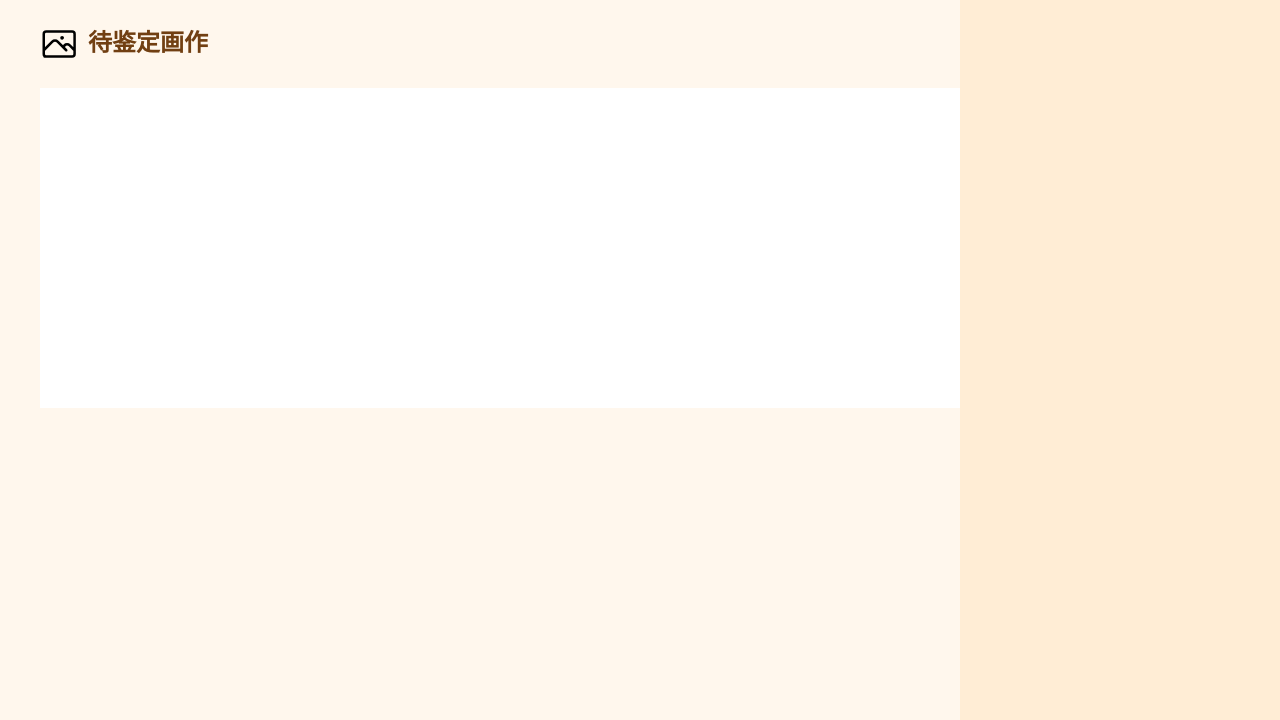
Repository: gaosth/Eyesee
Page: /dtail
These files come from the project's save history. The page is drawn as it stood at one moment and after the next save; the edit follows.
The browser window is 1280 px wide. The pictures show the whole page.
The project was rebuilt for these pictures with package versions that can differ from the ones it lists, and the page was loaded fresh each time. Also part of the build but not shown: vite.config.js, src/components/WelcomeItem.vue, src/components/icons/IconDocumentation.vue, src/components/icons/IconTooling.vue, src/components/icons/IconEcosystem.vue, src/components/icons/IconCommunity.vue, src/components/icons/IconSupport.vue, src/components/TheWelcome.vue and 5 more.

Above is the page before, as saved 2024-03-15 11:53:01.

After the next save:
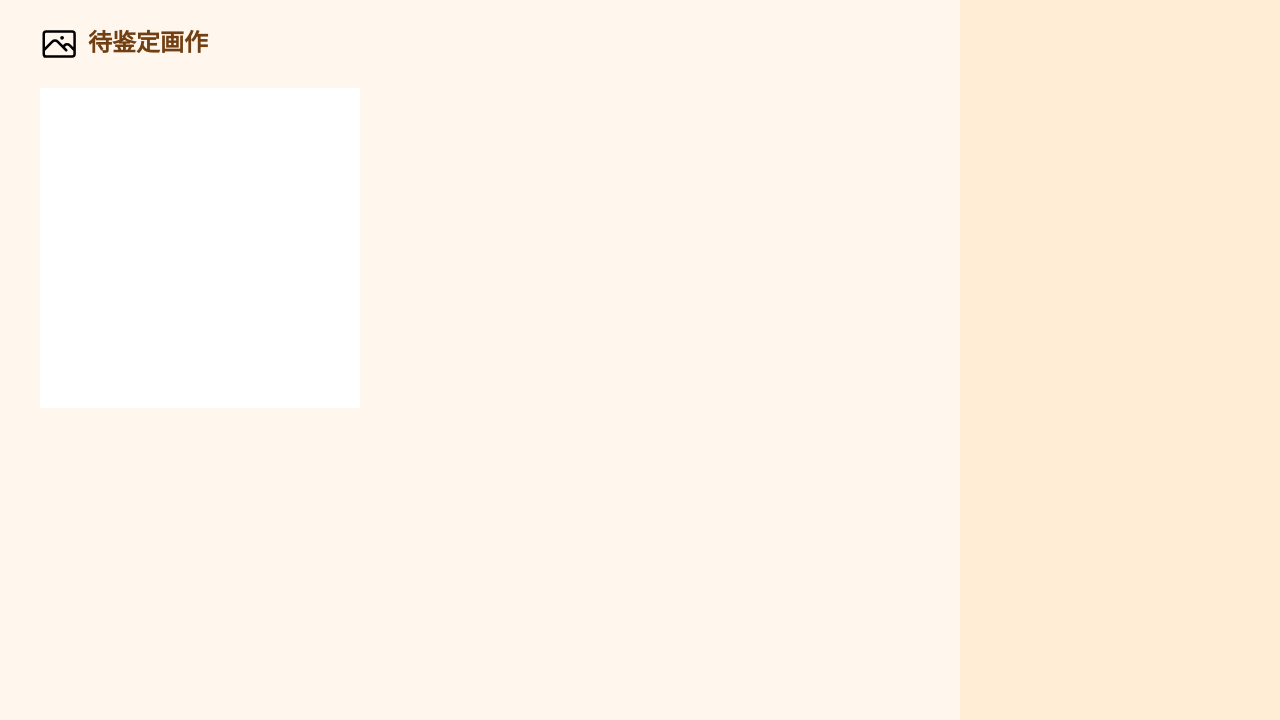
Saved 16 s later.
--- a/src/views/DetailView.vue
+++ b/src/views/DetailView.vue
@@ -12,7 +12,7 @@
                 </div>
             </div>
             <div class = "ml-10 mt-6">
-                <div class = "h-80 w-100 bg-white">
+                <div class = "h-80 w-80 bg-white">
 
                 </div>
             </div>

After the save that followed:
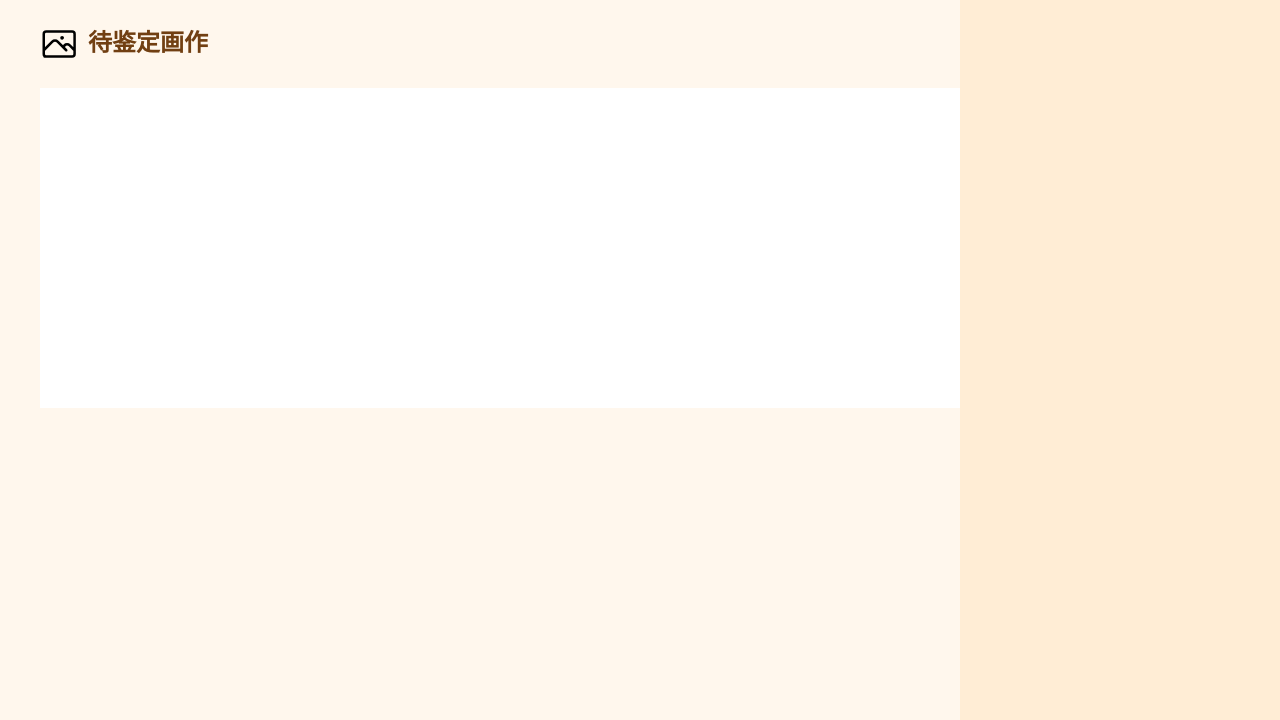
Saved 4 s later.
--- a/src/views/DetailView.vue
+++ b/src/views/DetailView.vue
@@ -12,7 +12,7 @@
                 </div>
             </div>
             <div class = "ml-10 mt-6">
-                <div class = "h-80 w-80 bg-white">
+                <div class = "h-80 w-90 bg-white">
 
                 </div>
             </div>
